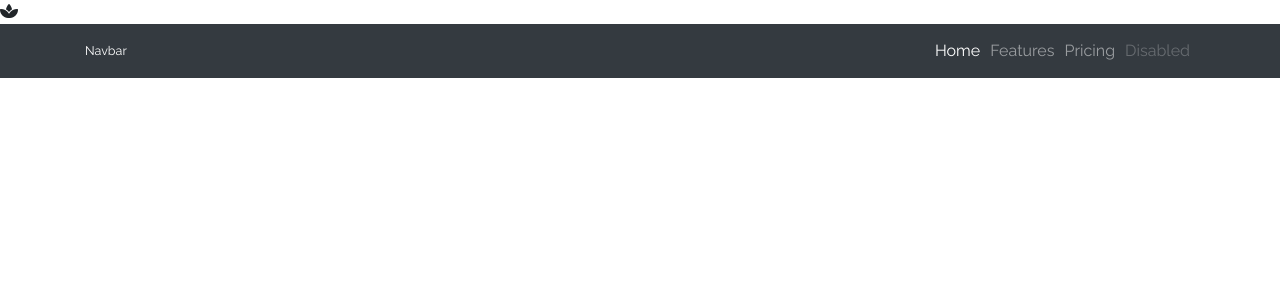
Repository: KrzysKolo/Projekt-13_Kwiaciarnia
Page: index.html
These files come from the project's save history. The page is drawn as it stood at one moment and after the next save; the edit follows.
The browser window is 1280 px wide. The pictures show the whole page.
Some web libraries are served in a nearby version.

Above is the page before, as saved 2020-08-07 12:20:37.

After the next save:
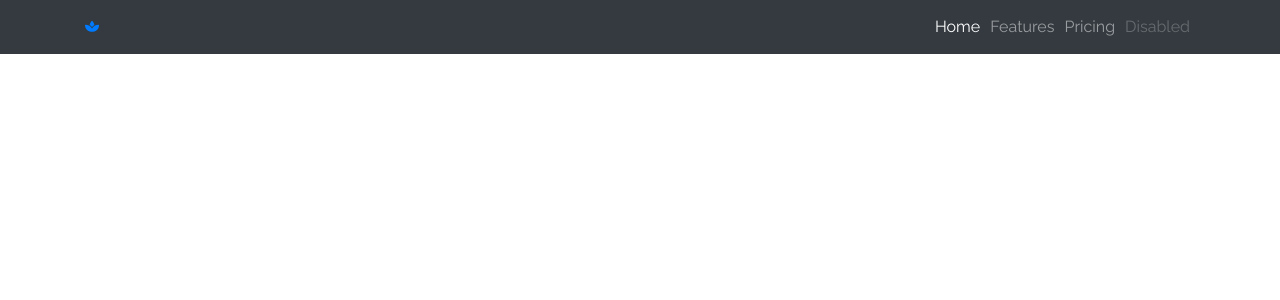
Saved 2 min 7 s later.
--- a/index.html
+++ b/index.html
@@ -22,11 +22,11 @@
     <link rel="stylesheet" href="style.css" />
   </head>
   <body>
-    <i class="fas fa-spa"></i>
-
     <nav class="navbar navbar-expand-lg navbar-dark bg-dark py-3">
       <div class="container">
-        <a class="navbar-brand" href="#">Navbar</a>
+        <a class="navbar-brand" href="#"
+          ><i class="fas fa-spa text-primary"></i
+        ></a>
         <button
           class="navbar-toggler"
           type="button"
